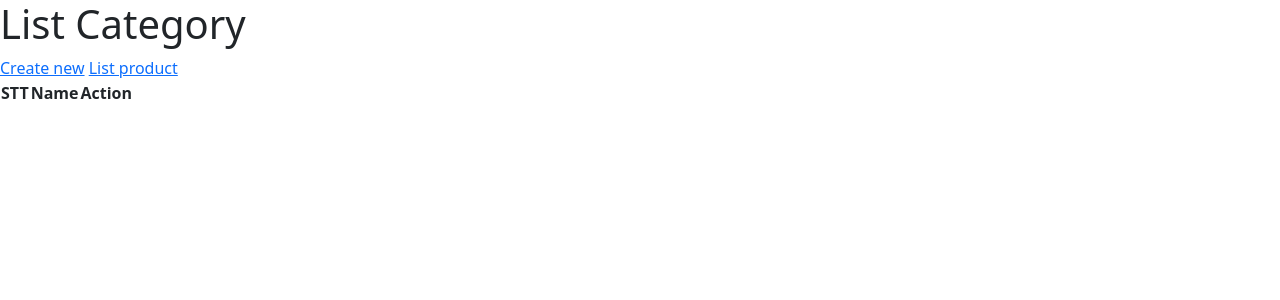
Repository: hongquan16101995/servlet-jw0124
Page: http://localhost/demo/categories?action=createPost
An editor plug-in stored every save of this project. The page is shown before and after the next save, followed by the edit.
The browser window is 1280 px wide. The pictures show the whole page.
The page is served by Tomcat 9. Other server files are loaded and not shown.

Above is the page before, as saved 2024-05-14 12:25:26.

### demo/src/main/webapp/category/list.jsp
<%@ page language="java" contentType="text/html; charset=ISO-8859-1"
    pageEncoding="ISO-8859-1"%>
<%@ taglib prefix = "c" uri = "http://java.sun.com/jsp/jstl/core" %>
<!DOCTYPE html>
<html>
<head>
<meta charset="ISO-8859-1">
<title>Insert title here</title>
<link href="https://cdn.jsdelivr.net/npm/bootstrap@5.0.2/dist/css/bootstrap.min.css" rel="stylesheet" integrity="sha384-EVSTQN3/azprG1Anm3QDgpJLIm9Nao0Yz1ztcQTwFspd3yD65VohhpuuCOmLASjC" crossorigin="anonymous">
<script src="https://cdn.jsdelivr.net/npm/bootstrap@5.0.2/dist/js/bootstrap.bundle.min.js" integrity="sha384-MrcW6ZMFYlzcLA8Nl+NtUVF0sA7MsXsP1UyJoMp4YLEuNSfAP+JcXn/tWtIaxVXM" crossorigin="anonymous"></script>
</head>
<body>
<h1>List Category</h1>
<a href="/demo/categories?action=createGet">Create new</a>
<a href="/demo/products">List product</a>
<table>
	<tr>
		<th>STT</th>
		<th>Name</th>
		<th>Action</th>
	</tr>
	<c:forEach items="${categories}" var="c" varStatus="cs">
	<tr>
		<td>${cs.count }</td>
		<td>${c.name }</td>
		<td><a href="/demo/categories?action=updateGet&id=${c.id }"><button>Edit</button></a></td>
	</tr>
	</c:forEach>
</table>
</body>
</html>

### demo/src/main/java/controller/CategoryServlet.java
package controller;

import java.io.IOException;
import java.util.List;

import javax.servlet.ServletException;
import javax.servlet.annotation.WebServlet;
import javax.servlet.http.HttpServlet;
import javax.servlet.http.HttpServletRequest;
import javax.servlet.http.HttpServletResponse;

import model.Category;
import service.CategoryService;

/**
 * Servlet implementation class CategoryServlet
 */
@WebServlet("/categories")
public class CategoryServlet extends HttpServlet {
	private static final long serialVersionUID = 1L;
	private CategoryService categoryService = CategoryService.getInstance();

	/**
	 * @see HttpServlet#doGet(HttpServletRequest request, HttpServletResponse response)
	 */
	protected void doGet(HttpServletRequest request, HttpServletResponse response) throws ServletException, IOException {
		// TODO Auto-generated method stub
		String action = request.getParameter("action");
		if (action == null) {
			action = "";
		}
		switch(action) {
			case "createGet":
				createGet(request, response);
				break;
			case "updateGet":
				updateGet(request, response);
				break;
			default:
				displayAllCategory(request, response);
				break;
		}
	}

	/**
	 * @see HttpServlet#doPost(HttpServletRequest request, HttpServletResponse response)
	 */
	protected void doPost(HttpServletRequest request, HttpServletResponse response) throws ServletException, IOException {
		// TODO Auto-generated method stub
		String action = request.getParameter("action");
		if (action == null) {
			action = "";
		}
		switch(action) {
			case "createPost":
				createPost(request, response);
				break;
			case "updatePost":
				updatePost(request, response);
				break;
		}
	}

	private void displayAllCategory(HttpServletRequest request, HttpServletResponse response) throws ServletException, IOException {
		List<Category> categories = categoryService.getCategories();
		request.setAttribute("categories", categories);
		request.getRequestDispatcher("category/list.jsp").forward(request, response);
	}

	private void createGet(HttpServletRequest request, HttpServletResponse response) throws ServletException, IOException {
		Category category = new Category();
		request.setAttribute("category", category);
		request.getRequestDispatcher("category/create.jsp").forward(request, response);
	}

	private void createPost(HttpServletRequest request, HttpServletResponse response) throws ServletException, IOException {
		int id = Integer.parseInt(request.getParameter("id"));
		String name = request.getParameter("name");
		categoryService.createCategory(new Category(id, name));
		response.sendRedirect("/demo/categories");
	}

	private void updateGet(HttpServletRequest request, HttpServletResponse response) throws ServletException, IOException {
		int id = Integer.parseInt(request.getParameter("id"));
		Category category = categoryService.getById(id);
		request.setAttribute("category", category);
		request.getRequestDispatcher("category/update.jsp").forward(request, response);
	}

	private void updatePost(HttpServletRequest request, HttpServletResponse response) throws ServletException, IOException {
		int id = Integer.parseInt(request.getParameter("id"));
		String name = request.getParameter("name");
		categoryService.updateCategory(id, new Category(id, name));
		response.sendRedirect("/demo/categories");
	}
}

After the next save:
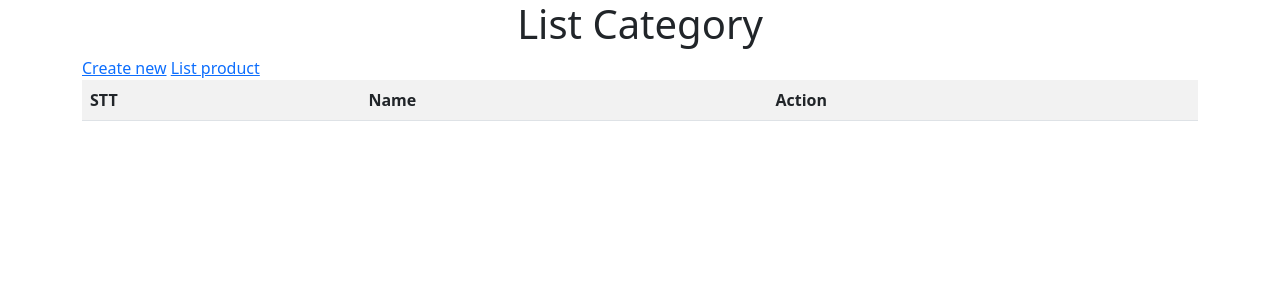
Saved 84 s later.
--- a/demo/src/main/webapp/category/list.jsp
+++ b/demo/src/main/webapp/category/list.jsp
@@ -8,12 +8,22 @@
 <title>Insert title here</title>
 <link href="https://cdn.jsdelivr.net/npm/bootstrap@5.0.2/dist/css/bootstrap.min.css" rel="stylesheet" integrity="sha384-EVSTQN3/azprG1Anm3QDgpJLIm9Nao0Yz1ztcQTwFspd3yD65VohhpuuCOmLASjC" crossorigin="anonymous">
 <script src="https://cdn.jsdelivr.net/npm/bootstrap@5.0.2/dist/js/bootstrap.bundle.min.js" integrity="sha384-MrcW6ZMFYlzcLA8Nl+NtUVF0sA7MsXsP1UyJoMp4YLEuNSfAP+JcXn/tWtIaxVXM" crossorigin="anonymous"></script>
+<style type="text/css">
+	h1 {
+		text-align: center;
+	}
+
+	.btn-primary {
+		margin-bottom: 20px;
+	}
+</style>
 </head>
 <body>
+<div class="container">
 <h1>List Category</h1>
 <a href="/demo/categories?action=createGet">Create new</a>
 <a href="/demo/products">List product</a>
-<table>
+<table class="table table-striped">
 	<tr>
 		<th>STT</th>
 		<th>Name</th>
@@ -27,5 +37,6 @@
 	</tr>
 	</c:forEach>
 </table>
+</div>
 </body>
 </html>
